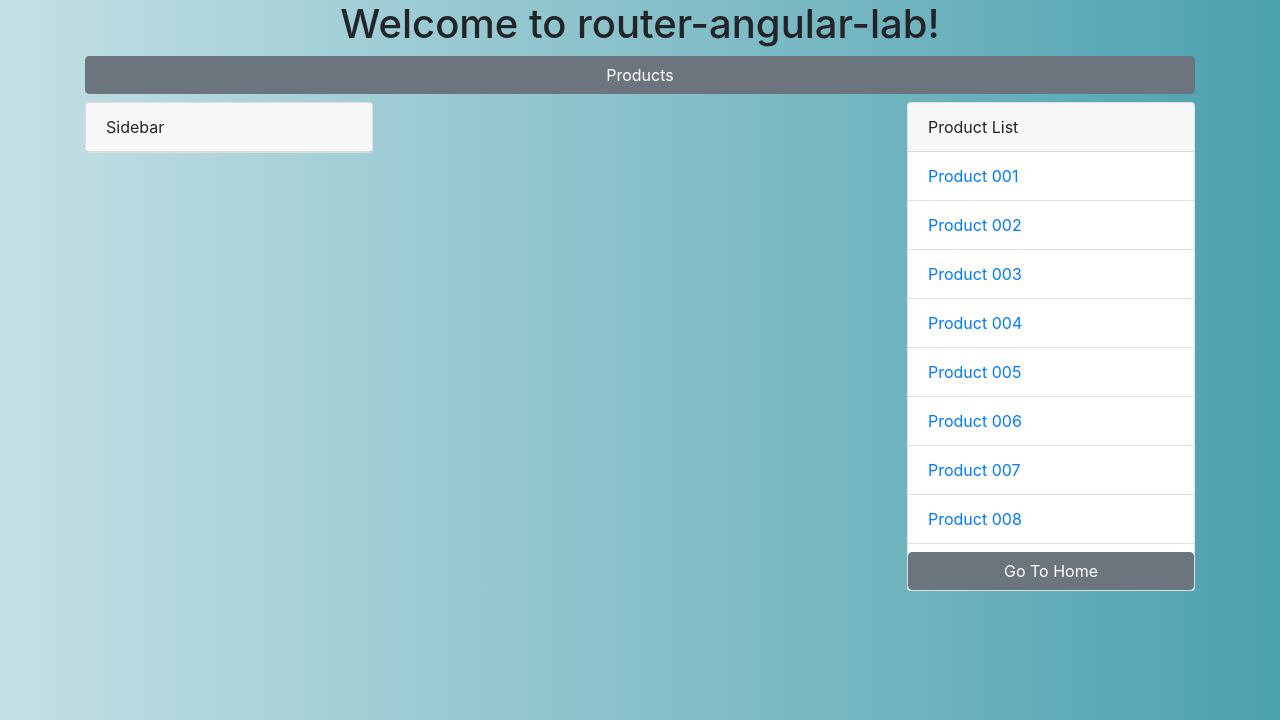
Repository: desalab/router-angular-lab
Page: /products
An editor plug-in stored every save of this project. The page is shown before and after the next save, followed by the edit.
The browser window is 1280 px wide. The pictures show the whole page.
The project was rebuilt for these pictures with package versions that can differ from the ones it lists, and the page was loaded fresh each time. Also part of the build but not shown: angular.json, src/app/product-detail/product-detail.component.ts, src/app/product-list-sidebar/product-list-sidebar.component.ts, src/app/home/home.component.ts.

Above is the page before, as saved 2018-12-06 01:25:14.

### src/index.html
<!doctype html>
<html lang="en">
<head>
  <meta charset="utf-8">
  <title>RouterAngularLab</title>
  <base href="/">

  <meta name="viewport" content="width=device-width, initial-scale=1">
  <link rel="icon" type="image/x-icon" href="favicon.ico">
  <link rel="stylesheet" href="https://stackpath.bootstrapcdn.com/bootstrap/4.1.3/css/bootstrap.min.css" integrity="sha384-MCw98/SFnGE8fJT3GXwEOngsV7Zt27NXFoaoApmYm81iuXoPkFOJwJ8ERdknLPMO" crossorigin="anonymous">

</head>
<body>
  <app-root></app-root>
</body>
</html>

### src/styles.css

body{
    background: #4CA1AF;  /* fallback for old browsers */
    background: -webkit-linear-gradient(to right, #C4E0E5, #4CA1AF);  /* Chrome 10-25, Safari 5.1-6 */
    background: linear-gradient(to right, #C4E0E5, #4CA1AF); /* W3C, IE 10+/ Edge, Firefox 16+, Chrome 26+, Opera 12+, Safari 7+ */
}

### src/app/app-routing.module.ts
import { NgModule } from '@angular/core';
import { Routes, RouterModule } from '@angular/router';
import { ProductListComponent } from './product-list/product-list.component';
import { ProductDetailComponent } from './product-detail/product-detail.component';
import { SidebarComponent } from './sidebar/sidebar.component';
import { ProductListSidebarComponent } from './product-list-sidebar/product-list-sidebar.component';

const routes: Routes = [
  { path: 'products', component: ProductListComponent },
  { path: 'product/:id', component: ProductDetailComponent },
  {
    path: '',
    component: SidebarComponent,
    outlet: 'sidebar'
  },
  {
    path: 'products',
    component: ProductListSidebarComponent,
    outlet: 'sidebar'
  }
];

@NgModule({
  imports: [RouterModule.forRoot(routes)],
  exports: [RouterModule]
})
export class AppRoutingModule { }

### src/app/app.component.ts
import { Component } from '@angular/core';

@Component({
  selector: 'app-root',
  templateUrl: './app.component.html',
  styleUrls: ['./app.component.css']
})
export class AppComponent {
  title = 'router-angular-lab';
}

### src/app/product-list/product-list.component.ts
import { Component, OnInit } from '@angular/core';
import { Product } from '../models/product';

@Component({
  selector: 'app-product-list',
  templateUrl: './product-list.component.html',
  styleUrls: ['./product-list.component.css']
})
export class ProductListComponent implements OnInit {

  public products: Product[] = [
    new Product(1, 'Product 001'),
    new Product(2, 'Product 002'),
    new Product(3, 'Product 003'),
    new Product(4, 'Product 004'),
    new Product(5, 'Product 005'),
    new Product(6, 'Product 006'),
    new Product(7, 'Product 007'),
    new Product(8, 'Product 008')
  ];

  constructor() { }

  ngOnInit() {
  }

}

### src/app/app.component.html
<div class="container">
  <div style="text-align:center">
    <h1>Welcome to {{ title }}!</h1>

    <a class="btn btn-secondary btn-block"
      [routerLink]="[
        { outlets: { primary: ['products'], sidebar: ['products'] } }
      ]"
    >
      Products
    </a>
  </div>

  <div>
    <div style="float:right"><router-outlet></router-outlet></div>
    <div style="float:left"><router-outlet name="sidebar"></router-outlet></div>
  </div>
</div>

### src/app/models/product.ts
export class Product {
  id: number;
  name: string;
  constructor(id: number, name: string) {
    this.id = id;
    this.name = name;
  }
}

### src/app/product-list/product-list.component.html
<div class="card mt-2" style="width: 18rem;">
  <div class="card-header">Product List</div>
  <ul class="list-group list-group-flush">
    <li class="list-group-item" *ngFor="let product of products">
      <a [routerLink]="['/product/', product.id]">{{ product.name }}</a>
    </li>
  </ul>
  <a class="btn btn-secondary btn-block mt-2" routerLink="/">Go To Home</a>
</div>

### src/app/sidebar/sidebar.component.html
<div class="card mt-2" style="width: 18rem;">
  <div class="card-header">Sidebar</div>
</div>

Loaded but not shown: src/main.ts (common file); src/app/app.module.ts (common file); src/environments/environment.ts (common file); src/app/sidebar/sidebar.component.ts (common file); src/app/app.component.css (no stored copy; drawn as an empty file); src/app/product-list/product-list.component.css (no stored copy; drawn as an empty file); src/app/sidebar/sidebar.component.css (no stored copy; drawn as an empty file)

After the next save:
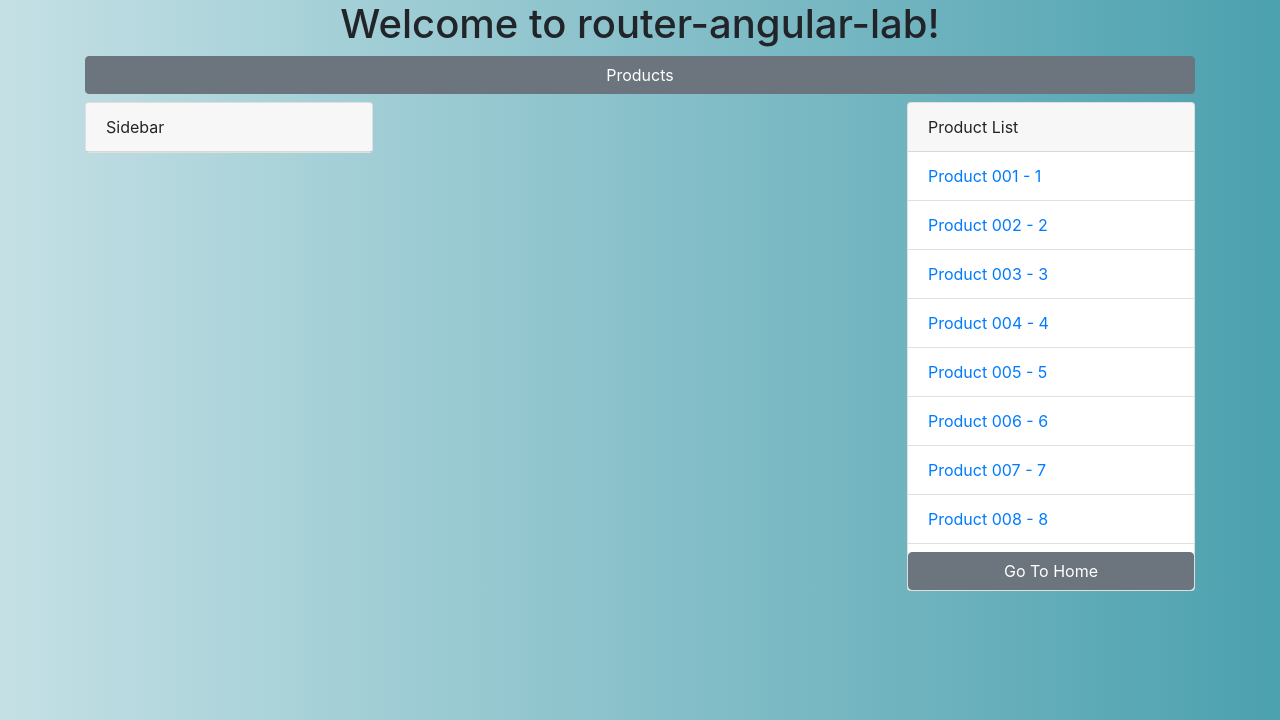
Saved 5 min 56 s later.
--- a/src/app/product-list/product-list.component.html
+++ b/src/app/product-list/product-list.component.html
@@ -2,7 +2,7 @@
   <div class="card-header">Product List</div>
   <ul class="list-group list-group-flush">
     <li class="list-group-item" *ngFor="let product of products">
-      <a [routerLink]="['/product/', product.id]">{{ product.name }}</a>
+      <a [routerLink]="['/product/', product.id]">{{ product.name }} - {{product.id}}</a>
     </li>
   </ul>
   <a class="btn btn-secondary btn-block mt-2" routerLink="/">Go To Home</a>
